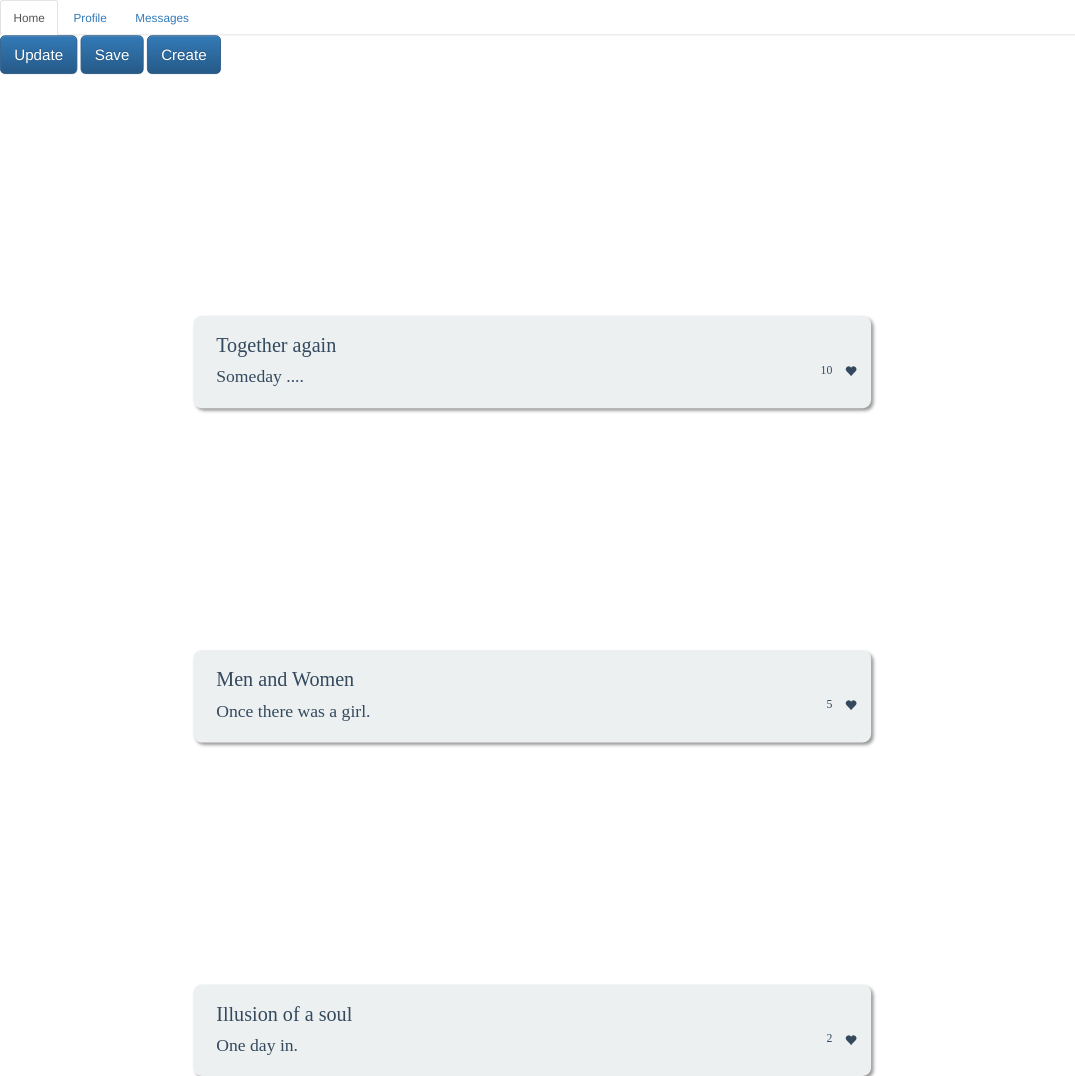
Repository: abdullahi796/MyStory
Page: index.html
The author's editor kept a record of every edit. The page is drawn from the files as they stood at one moment, then again after the next edit.
The browser window is 1280 px wide. The pictures show the whole page, at 84% of full size.
Some web libraries are served in a nearby version.

Above is the page before.

After the next edit:
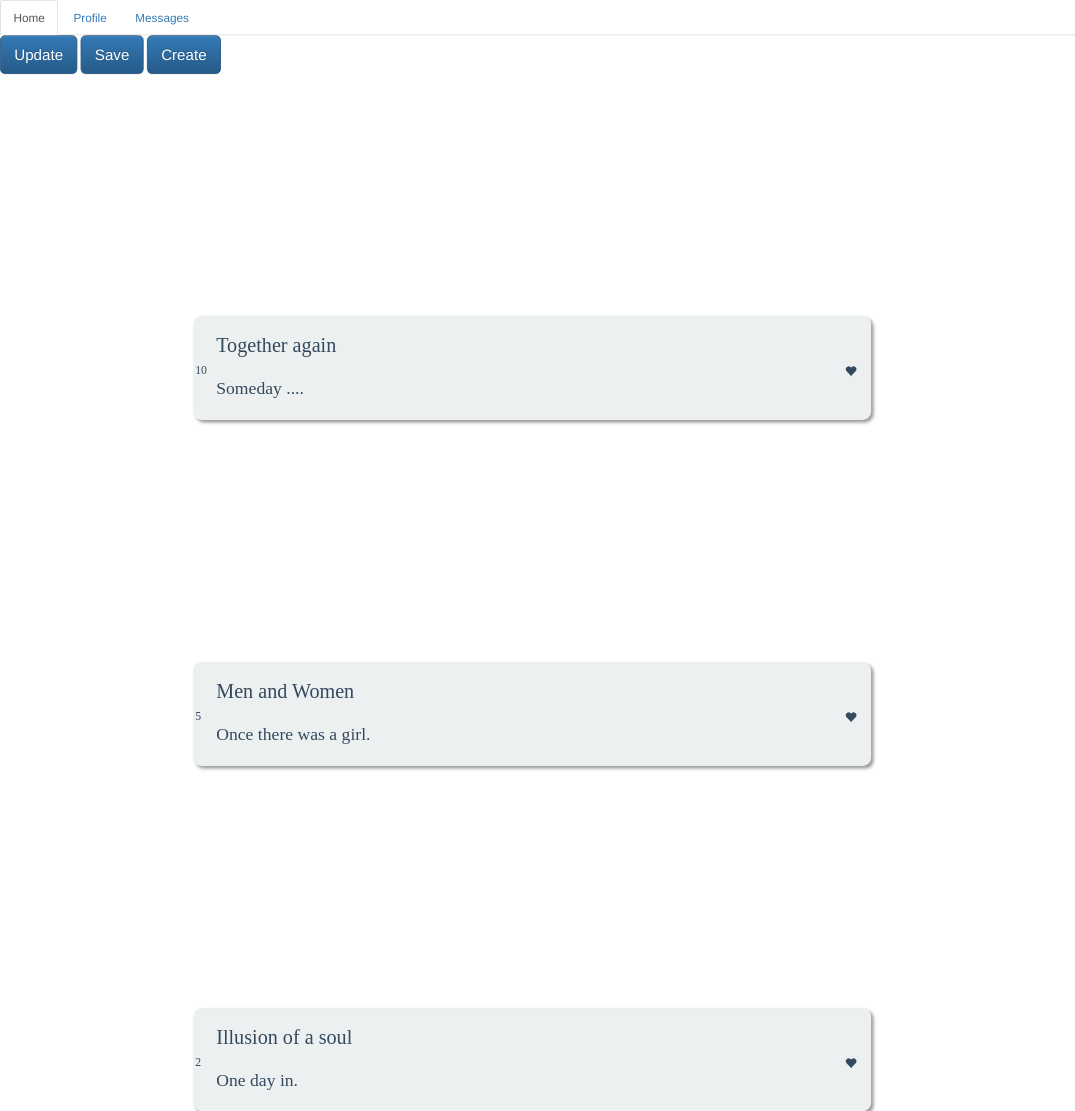
The edit:
--- a/main.css
+++ b/main.css
@@ -40,7 +40,7 @@
     margin-left:25px;
 }
 
-#text span {
+#like {
     float:right;
     margin-right:15px;
 

After the edit that followed:
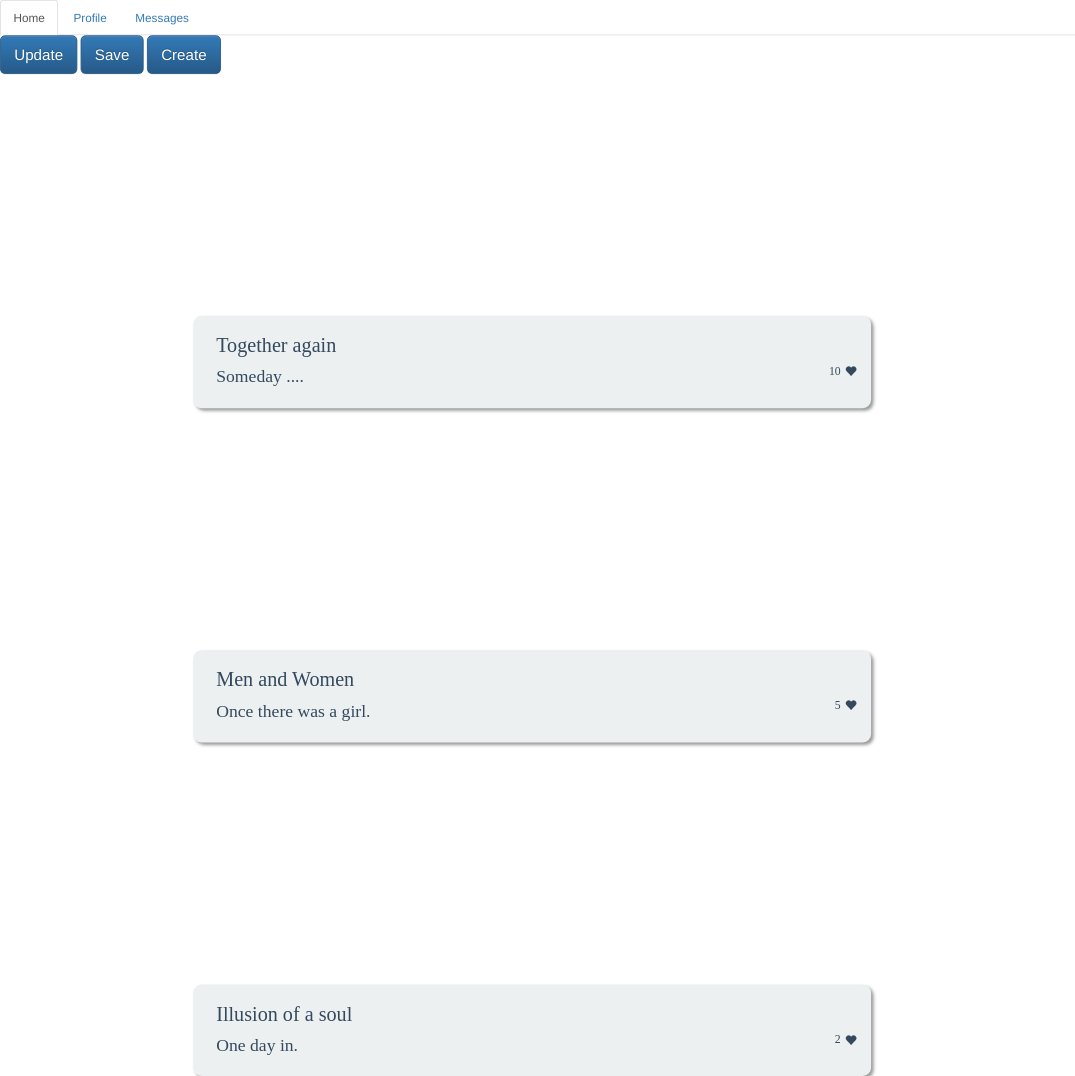
The edit:
--- a/main.css
+++ b/main.css
@@ -45,3 +45,8 @@
     margin-right:15px;
 
 }
+#likes{
+    float:right;
+    margin-right:5px;
+    margin-top:1px;
+}
